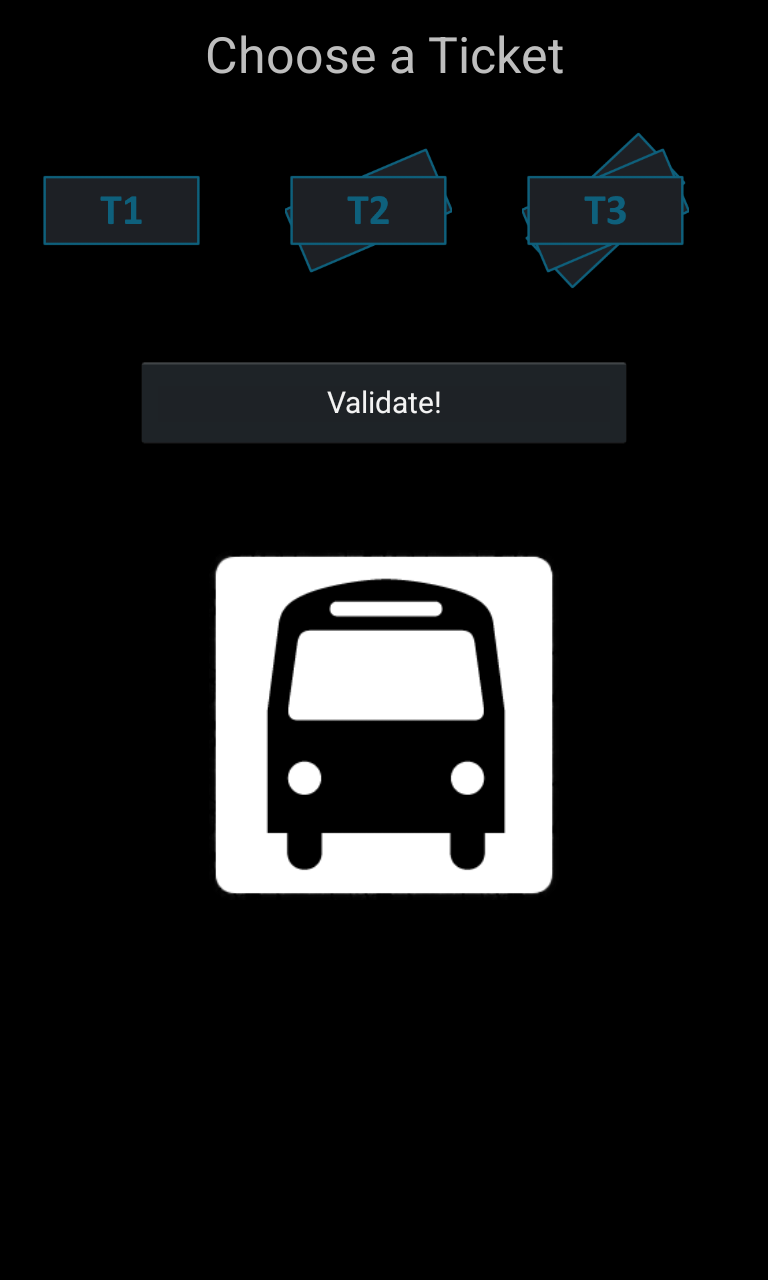
Repository: Nelspike/BusTicketer
Layout: PassengerMode/res/layout/fragment_show_tickets.xml
An editor plug-in stored every save of this project. The layout is shown before and after the next save, followed by the edit.
It is drawn on a 768 x 1280 px phone screen (xhdpi) without system bars, with theme AppTheme; the app's code is not run.

Above is the layout before, as saved 2013-10-19 20:27:21.

After the next save:
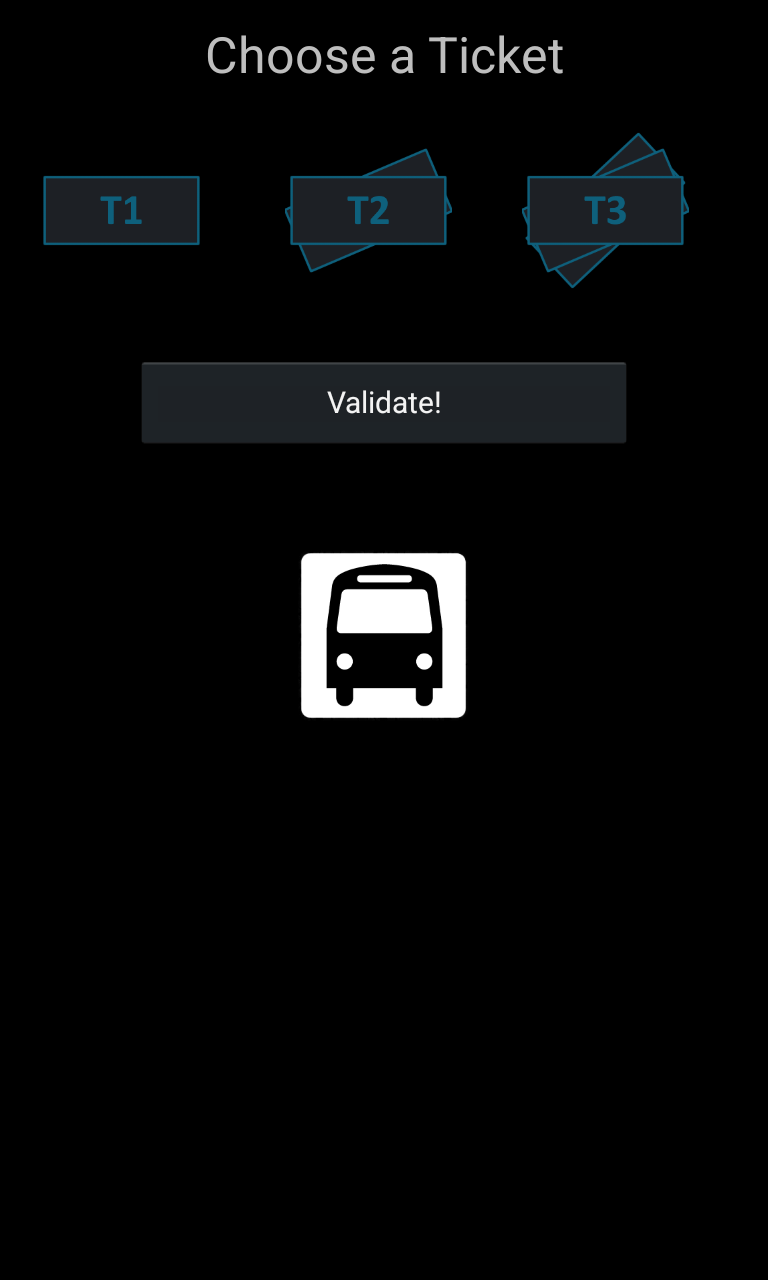
Saved 14 s later.
--- a/PassengerMode/res/layout/fragment_show_tickets.xml
+++ b/PassengerMode/res/layout/fragment_show_tickets.xml
@@ -61,8 +61,8 @@
 		<ImageView
 		    android:id="@+id/qr_code_holder"
 		    android:contentDescription="@string/description"
-		    android:layout_width="450px"
-		    android:layout_height="450px"
+		    android:layout_width="wrap_content"
+		    android:layout_height="wrap_content"
 		    android:src="@drawable/bus"
 		    android:layout_gravity="center"
 		    android:paddingTop="50dp"/>
